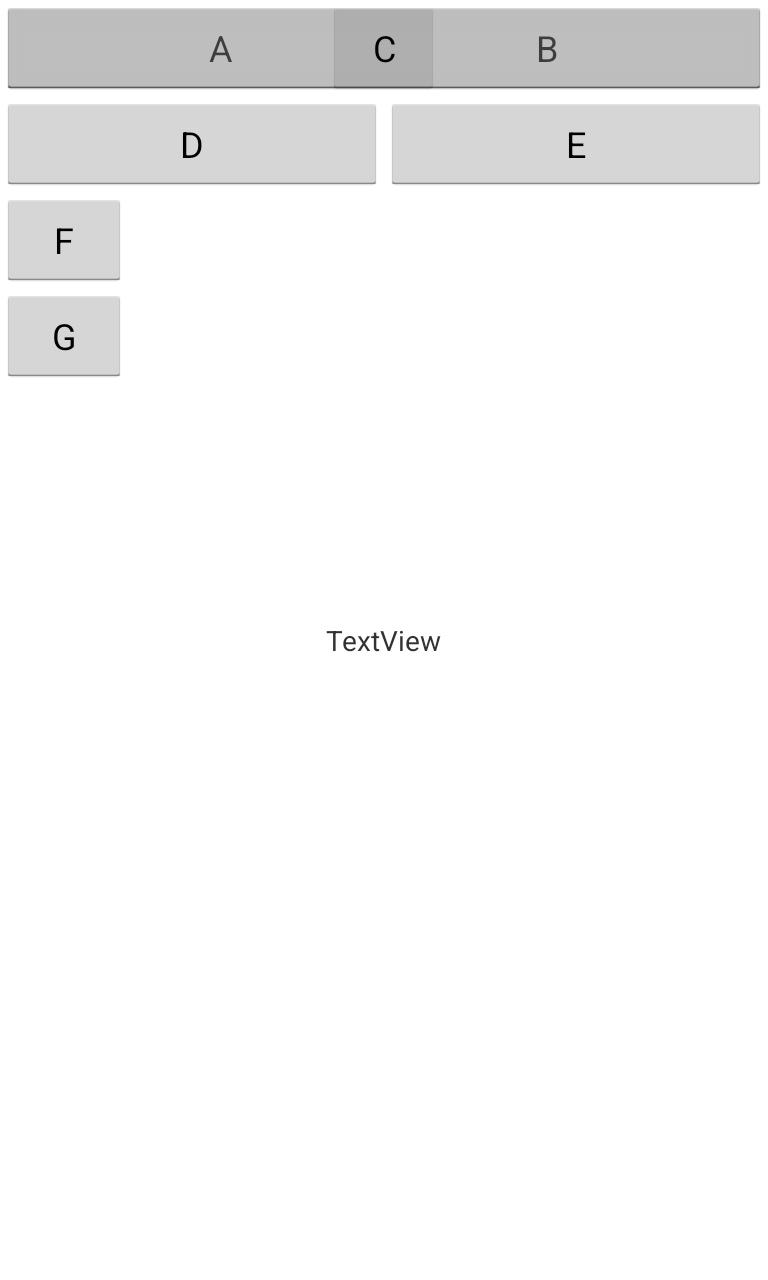
Repository: iracom/ejercicios-android
Layout: Layouts/res/layout/activity_relative.xml
An editor plug-in stored every save of this project. The layout is shown before and after the next save, followed by the edit.
It is drawn on a 768 x 1280 px phone screen (xhdpi) without system bars, with theme AppTheme; the app's code is not run.

Above is the layout before, as saved 2014-05-07 07:40:29.

After the next save:
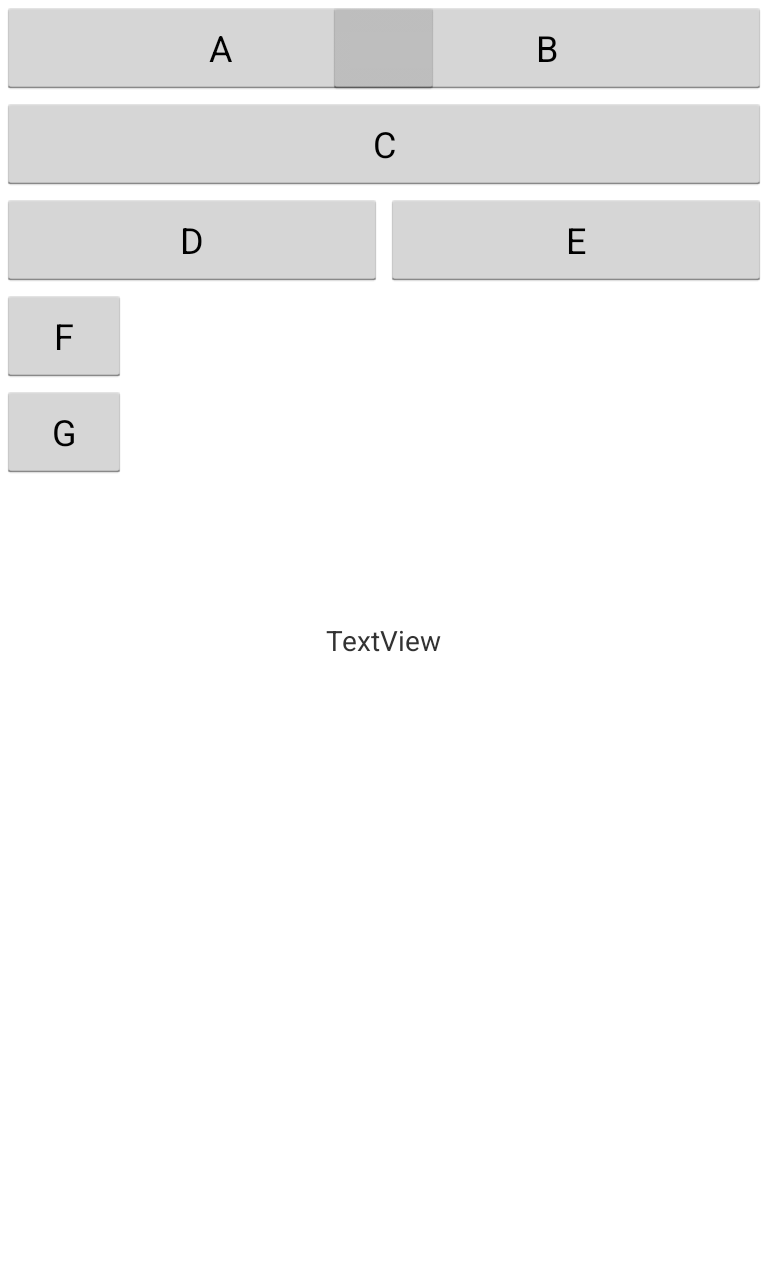
Saved 55 s later.
--- a/Layouts/res/layout/activity_relative.xml
+++ b/Layouts/res/layout/activity_relative.xml
@@ -34,6 +34,7 @@
         android:layout_alignParentLeft="true"
         android:layout_alignParentRight="true"
         android:layout_centerHorizontal="true"
+        android:layout_below="@id/button1"
         android:text="@string/button_c" />
 
     <LinearLayout
